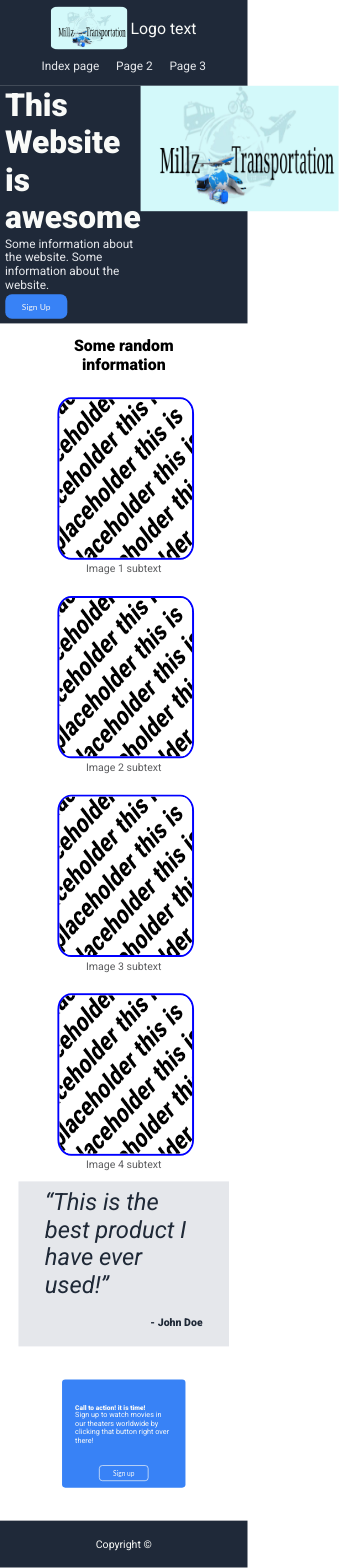
Repository: MikkyPrestige/css-assignment
Page: index.html
The author's editor kept a copy of each file at every save. The page is drawn from the files as they stood at one save, then again after the next save.
The browser window is 375 px wide. The page is 550 px wide, so the pictures cover 550 px, including what lies to the right of the window. The pictures show the whole page, at 66% of full size.

Above is the page before, as saved 2023-04-27 03:02:27.

### index.html
<!DOCTYPE html>
<html lang="en">

<head>
  <meta charset="UTF-8">
  <meta http-equiv="X-UA-Compatible" content="IE=edge">
  <meta name="viewport" content="width=device-width, initial-scale=1.0">
  <link rel="stylesheet" href="./styles/index.css">
  <title>Assignment</title>
</head>

<body>
  <header>
    <div class="header">
      <div class="header-logo">
        <img src="./images/TransportationIcon3.jpg" alt="Company logo">
        <p>Logo text</p>
      </div>
      <nav>
        <a class="header-link" href="./index.html">Index page</a>
        <a class="header-link" href="./pages/extraPage1.html">Page 2</a>
        <a class="header-link" href="./pages/extraPage2.html">Page 3</a>
      </nav>
    </div>
  </header>

  <main>
    <!-- Claimed by Ashley -->
    <div class="Section_1">
      <div class="Header_body">
        <div>
          <div class="Header_title">
            This Website is awesome
          </div>
          <div class="Header_text">
            Some information about the website. Some information about the website.
          </div>
          <button class="Header_btn">Sign Up</button>
        </div>
        <img class="headerImage" src="./images/TransportationIcon3.jpg" alt="icon" />
      </div>
    </div>

    <!-- Claimed by Owen -->
    <div id="Section2">
      <h2>Some random information</h2>
      <div class="flex-image-container">
        <figure class="main-image">
          <img src="./images/placeholder1.png" alt="placeholder">
          <figcaption>Image 1 subtext</figcaption>
        </figure>
        <figure class="main-image">
          <img src="./images/placeholder1.png" alt="placeholder">
          <figcaption>Image 2 subtext</figcaption>
        </figure>
        <figure class="main-image">
          <img src="./images/placeholder1.png" alt="placeholder">
          <figcaption>Image 3 subtext</figcaption>
        </figure>
        <figure class="main-image">
          <img src="./images/placeholder1.png" alt="placeholder">
          <figcaption>Image 4 subtext</figcaption>
        </figure>
      </div>

    </div>

    <!-- Claimed by Alex -->
    <section class="section-3">
      <Selection class="review-slider">
        <div class="review-container">
          <div class="review">
            <q class="review-text">This is the best product I have ever used!</q>
            <p class="review-author">- John Doe</p>
          </div>

          <div class="review">
            <q class="review-text">I love this product! It has made my life so much easier.</q>
            <p class="review-author">- Jane Smith</p>
          </div>

          <div class="review">
            <q class="review-text">I highly recommend this product to anyone.</q>
            <p class="review-author">- Tom Johnson</p>
          </div>

          <div class="review">
            <q class="review-text">This is the best product I have ever used!</q>
            <p class="review-author">- John Doe 2</p>
          </div>

          <div class="review">
            <q class="review-text">I love this product! It has made my life so much easier.</q>
            <p class="review-author">- Jane Smith 2</p>
          </div>

          <div class="review">
            <q class="review-text">I highly recommend this product to anyone.</q>
            <p class="review-author">- Tom Johnson 2</p>
          </div>
        </div>
      </Selection>
    </section>

    <section class="section4">
      <div class="section4-wrapper">
        <div class="section4-cta">
          <h2 class="section4-cta__title">Call to action! it is time!</h2>
          <p class="section4-cta__subtitle">Sign up to watch movies in our theaters worldwide by clicking
            that button right over there!
          </p>
        </div>
        <button class="section4-cta__btn">Sign up</button>
      </div>
    </section>
  </main>

  <footer>
    <div class="footer">
      <p>Copyright &copy</p>
    </div>
  </footer>
</body>

</html>

### styles/index.css
@import url('https://fonts.googleapis.com/css2?family=Roboto:ital,wght@0,400;0,900;1,400&display=swap');

/*  CSS variables defined here and referenced using var(--varName).
    Note: name must have '--' prefix */
:root {
  --review-count: 6;
}

body {
  font-family: 'Roboto', sans-serif;
  margin: 0;
}

/* CSS for page header */
header {
  padding-top: 10px;
  padding-bottom: 20px;
  background-color: #1F2939;
}

.header {
  margin: auto;
  height: 50px;
  width: 75%;
  display: flex;
  justify-content: space-between;
}

@media (max-width: 800px) {
  .header {
    flex-direction: column;
    align-items: center;
    height: 100px;
  }
}

.header nav {
  width: 300px;
  display: flex;
  justify-content: space-evenly;
}

.header-logo {
  display: flex;
  height: 100%;
  align-items: center;
}

@media (max-width: 800px) {
  .header-logo {
    height: 65%;
  }
}

.header-logo img {
  height: 100%;
  border-radius: 10%;
}

.header-logo p {
  padding-left: 5px;
  font-size: 24px;
  color: #F9FAF8;
}

.header-link {
  font-size: 18px;
  color: #E5E7EB;
  align-self: center;
}

.header-link:link {
  text-decoration: none;
}

.header-link:visited {
  text-decoration: none;
}

.header-link:hover {
  text-decoration: underline;
}

.header-link:active {
  text-decoration: none;
}

/*Css for Section 1 of the index */

.Section_1 {
  background-color: #1F2939;
  padding-left: 2%;
}

h1 {
  font-size: 24px;
  color: #F9FAF8;
}

.Header_body {
  display: flex;
  justify-content: space-between;
  padding-bottom: 2%;
}

.Header_title {
  font-size: 48px;
  color: #F9FAF8;
  font-weight: 800;
}

.Header_text {
  font-size: 18px;
  color: #E5E7EB;
  padding-bottom: 2%
}

.Header_btn {
  padding: .8em 2em;
  border-radius: 10px;
  border: none;
  background-color: #3882F6;
  color: whitesmoke;
  font-family: 'Lato', sans-serif;
  font-size: .8em;
}

.headerImage {
  height: 190px;
  width: 300px;
  padding-right: 10%;
}

/* Css for Section 2 of the index */
#Section2 {
  text-align: center;
  width: 75%;
  margin: auto;
}

.flex-image-container {
  display: flex;
  flex-direction: row;
  flex-wrap: nowrap;
  justify-content: center;
  align-items: stretch;
  align-content: center;
}

@media (max-width: 800px) {
  .flex-image-container {
    flex-direction: column;
  }
}

.main-image {
  min-width: 20%;
}

.main-image img {
  width: 100%;
  height: 15em;
  border: 3px blue;
  border-style: solid;
  border-radius: 10%;
}

.main-image figcaption {
  color: #5e5f61;
}

/* CSS for section 3 of index */
.section-3 {
  height: 250px;
  width: 85%;
  background-color: #E5E7EB;
  display: flex;
  justify-content: center;
  align-items: center;
  margin: auto;
}

/* Automatic slideshow */
.review-slider {
  position: relative;
  margin: auto;
  width: 50%;
  height: 100%;
  overflow: hidden;
}

@media (max-width: 800px) {
  .review-slider {
    width: 75%;
  }
}

.review-slider .review-container {
  position: absolute;
  width: calc(100% * var(--review-count));
  height: 100%;
  top: 0;
  left: 0;
  overflow: hidden;
  animation: slider 26s infinite;
}

.review-slider .review-container .review {
  position: relative;
  width: calc(100% / var(--review-count));
  height: 100%;
  display: flex;
  flex-direction: column;
  justify-content: space-evenly;
  float: left;
  overflow: hidden
}

.review-text {
  font-size: 36px;
  font-weight: 300;
  font-style: italic;
  color: #1F2937;
}

.review-author {
  font-weight: bold;
  color: #1F2937;
  align-self: end;
}

.section4 {
  height: 100%;
  width: 100%;
  padding: 50px 0;
}

.section4-wrapper {
  display: flex;
  justify-content: space-around;
  align-items: center;
  width: 60%;
  background-color: #3882F6;
  margin: 0 auto;
	padding: 0 50px;
  border-radius: 5px;
  -webkit-border-radius: 5px;
  -moz-border-radius: 5px;
  -ms-border-radius: 5px;
  -o-border-radius: 5px;
}

.section4-cta {
  flex-basis: 65%;
  padding: 20px;
}

.section4-cta__title {
  font-size: 13px;
  color: #F9FAF8;
}

.section4-cta__subtitle {
  font-size: 11px;
  color: #F9FAF8;
  margin-top: -10px;
}

.section4-cta__btn {
  padding: 5px 20px;
  border-radius: 5px;
  border: 1px solid #F9FAF8;
  background-color: #3882F6;
  color: #F9FAF8;
  font-family: 'Lato', sans-serif;
  font-size: 10px;
}

@media screen and (max-width: 600px) {
	.section4-wrapper {
		flex-direction: column;
		width: 50%;
		padding: 10px 0;
	}
	.section4-cta {
		flex-basis: 100%;
	}

	.section4-cta__title {
		font-size: 10px;
	}
}

@keyframes slider {

  0%,
  25%,
  100% {
    left: 0
  }

  30%,
  55% {
    left: -100%
  }

  60%,
  85% {
    left: -200%
  }
}

/* CSS for page footer */
footer {
  padding-top: 10px;
  padding-bottom: 10px;
  color: #F9FAF8;
  background-color: #1F2939;
}

.footer {
  margin: auto;
  width: 75%;
  text-align: center;
}

After the next save:
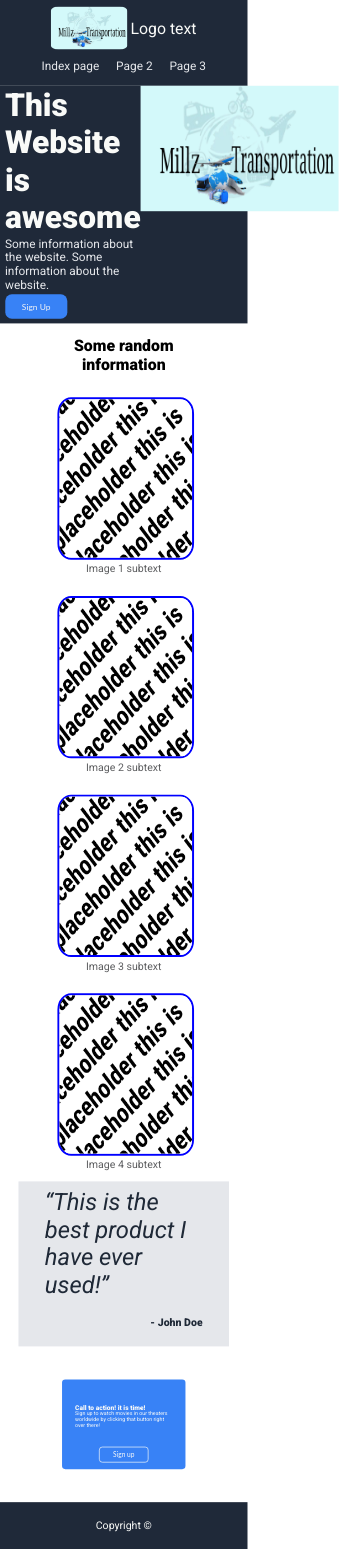
Saved 5 s later.
--- a/styles/index.css
+++ b/styles/index.css
@@ -289,6 +289,10 @@
 	.section4-cta__title {
 		font-size: 10px;
 	}
+
+	.section4-cta__subtitle {
+		font-size: 8px;
+	}
 }
 
 @keyframes slider {
